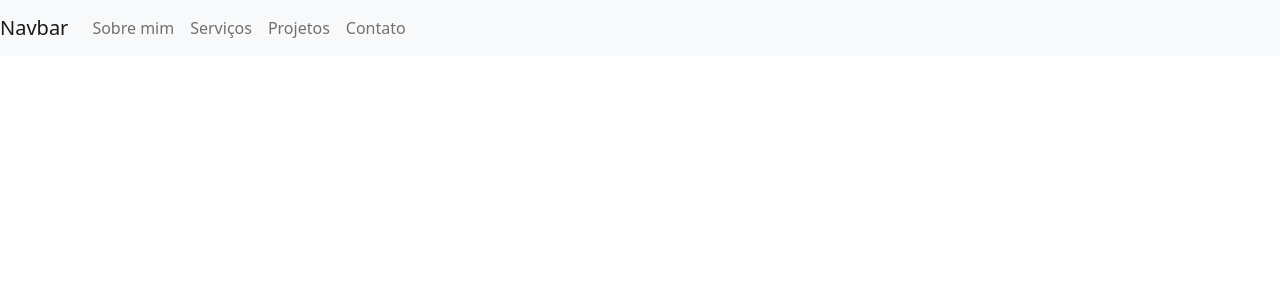
Repository: PedroHQCoelho/portfolio
Page: index.html
The author's editor kept a copy of each file at every save. The page is drawn from the files as they stood at one save, then again after the next save.
The browser window is 1280 px wide. The pictures show the whole page.

Above is the page before, as saved 2022-05-24 12:34:59.

### index.html
<!DOCTYPE html>
<html lang="pt-BR">
<head>
    <meta charset="UTF-8">
    <meta http-equiv="X-UA-Compatible" content="IE=edge">
    <meta name="viewport" content="width=device-width, initial-scale=1.0">
    <title>Pedro Coelho - Portfólio</title>
    <link href="https://cdn.jsdelivr.net/npm/bootstrap@5.2.0-beta1/dist/css/bootstrap.min.css" rel="stylesheet" integrity="sha384-0evHe/X+R7YkIZDRvuzKMRqM+OrBnVFBL6DOitfPri4tjfHxaWutUpFmBp4vmVor" crossorigin="anonymous">
    <script src="https://cdn.jsdelivr.net/npm/bootstrap@5.2.0-beta1/dist/js/bootstrap.bundle.min.js" integrity="sha384-pprn3073KE6tl6bjs2QrFaJGz5/SUsLqktiwsUTF55Jfv3qYSDhgCecCxMW52nD2" crossorigin="anonymous"></script>
    <script src="https://cdn.jsdelivr.net/npm/@popperjs/core@2.11.5/dist/umd/popper.min.js" integrity="sha384-Xe+8cL9oJa6tN/veChSP7q+mnSPaj5Bcu9mPX5F5xIGE0DVittaqT5lorf0EI7Vk" crossorigin="anonymous"></script>
<script src="https://cdn.jsdelivr.net/npm/bootstrap@5.2.0-beta1/dist/js/bootstrap.min.js" integrity="sha384-kjU+l4N0Yf4ZOJErLsIcvOU2qSb74wXpOhqTvwVx3OElZRweTnQ6d31fXEoRD1Jy" crossorigin="anonymous"></script>
</head>
<body>
    <nav class="navbar navbar-expand-lg navbar-light bg-light">
        <a class="navbar-brand" href="#">Navbar</a>
        <button class="navbar-toggler" type="button" data-toggle="collapse" data-target="#navbarSupportedContent" aria-controls="navbarSupportedContent" aria-expanded="false" aria-label="Toggle navigation">
          <span class="navbar-toggler-icon"></span>
        </button>

        <div class="collapse navbar-collapse" id="navbarSupportedContent">
          <ul class="navbar-nav mr-auto">

          </ul>
          <ul class="navbar-nav">
            <li class="nav-item">
                <a class="nav-link" href="#">Sobre mim</a>
            </li>
            <li class="nav-item">
                <a class="nav-link" href="#">Serviços</a>
            </li>
            <li class="nav-item">
                <a class="nav-link" href="#">Projetos</a>
            </li>
            <li class="nav-item">
                <a class="nav-link" href="#">Contato</a>
            </li>
          </ul>
        </div>
      </nav>
</body>
</html>

After the next save:
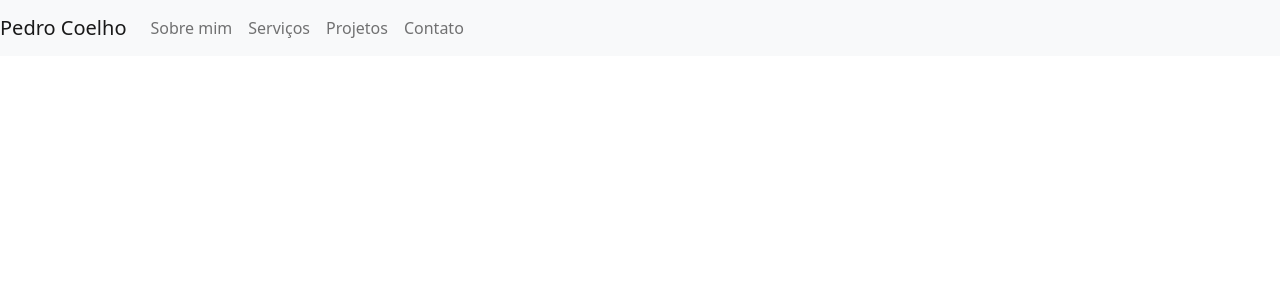
Saved 83 s later.
--- a/index.html
+++ b/index.html
@@ -12,7 +12,7 @@
 </head>
 <body>
     <nav class="navbar navbar-expand-lg navbar-light bg-light">
-        <a class="navbar-brand" href="#">Navbar</a>
+        <a class="navbar-brand" href="#">Pedro Coelho</a>
         <button class="navbar-toggler" type="button" data-toggle="collapse" data-target="#navbarSupportedContent" aria-controls="navbarSupportedContent" aria-expanded="false" aria-label="Toggle navigation">
           <span class="navbar-toggler-icon"></span>
         </button>
